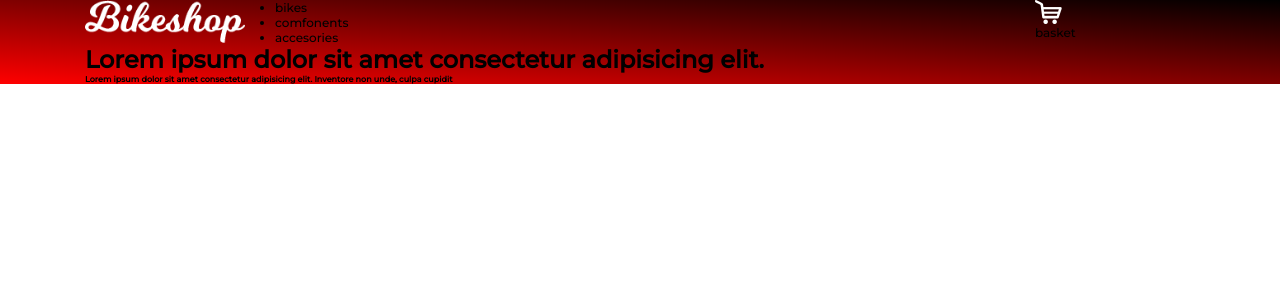
Repository: vanphongnguyen1/webDemo
Page: Bikeshop/index.html
The author's editor kept a copy of each file at every save. The page is drawn from the files as they stood at one save, then again after the next save.
The browser window is 1280 px wide. The pictures show the whole page.
The style sheet was rebuilt from its Sass, Less or Tailwind sources for each picture, by a compiler version that may differ from the author's.

Above is the page before, as saved 2020-09-04 13:39:23.

After the next save:
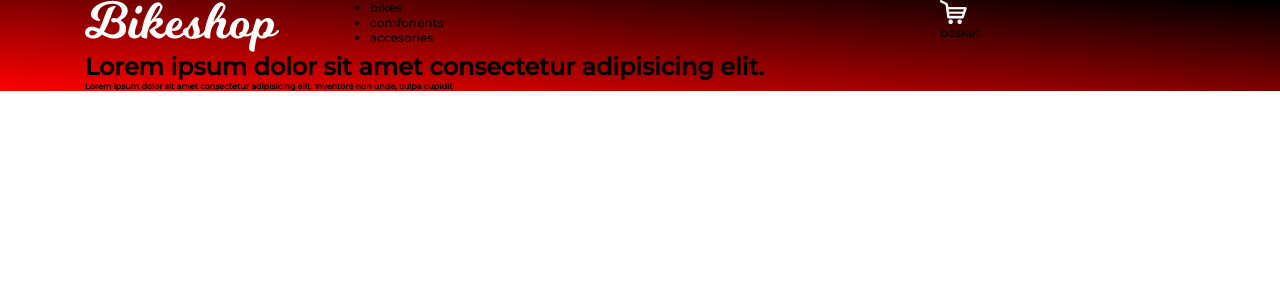
Saved 92 s later.
--- a/Bikeshop/index.html
+++ b/Bikeshop/index.html
@@ -13,12 +13,12 @@
         <div class="container">
             <div class="nav">
                 <div class="row">
-                    <div class="col-2">
+                    <div class="col-3">
                         <div class="logo">
                             <img src="./img/logo-text.png" alt="#Text Logo">
                         </div>
                     </div>
-                    <div class="col-8">
+                    <div class="col-6">
                         <div class="menu">
                             <ul class="menu__list">
                                 <li class="menu__item">
@@ -33,7 +33,7 @@
                             </ul>
                         </div>
                     </div>
-                    <div class="col-2">
+                    <div class="col-3">
                         <div class="card">
                             <img src="./img/icon.png" alt="#Product">
                             <span class="card__text">basket</span>
